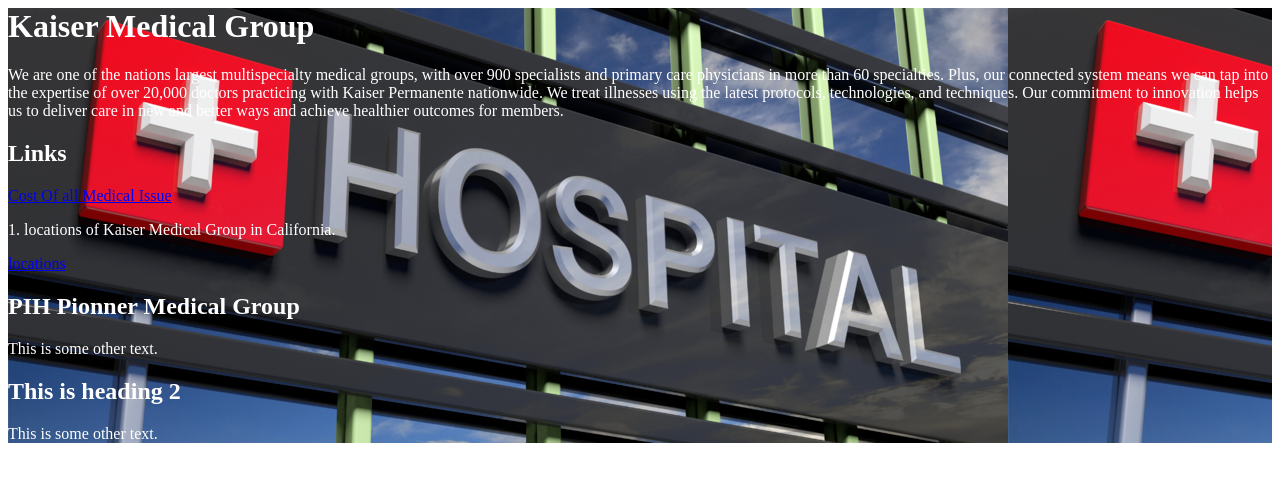
Repository: prathampatel1/pratham12.github.io
Page: choose your hosital/project.html
The author's editor kept a record of every edit. The page is drawn from the files as they stood at one moment, then again after the next edit.
The browser window is 1280 px wide. The pictures show the whole page.

Above is the page before.

### choose your hosital/project.html
<html>
<body>

<div style="background-image: url('Hospital.png');">
<p><font color="white">

<h1>Kaiser Medical Group </h1>
<p>We are one of the nations largest multispecialty medical groups, with over 900 specialists and primary care physicians in more than 60 specialties. Plus, our connected system means we can tap into the expertise of over 20,000 doctors practicing with Kaiser Permanente nationwide.

We treat illnesses using the latest protocols, technologies, and techniques. Our commitment to innovation helps us to deliver care in new and better ways and achieve healthier outcomes for members.</p>

<h2>Links</h2>
<a href="http://info.kaiserpermanente.org/info_assets/estimating_your_cost/PDFs/61207508_NCAL-Sample-Fee-List_MER_NCAL_2019.pdf">Cost Of all Medical Issue</a>

<p>1. locations of Kaiser Medical Group in California.</p>

<a href="https://www.googleadservices.com/pagead/aclk?sa=L&ai=DChcSEwiAo72967HnAhXvIK0GHeu-D2EYABAAGgJwdg&ohost=www.google.com&cid=CAESQeD2OwkihHYhRw0Z5l04Kv4UJwVgqoaftP2hRQR7uTtUZuua_DeUDnX0gB_ZAQVpNmRJcGkN4_vdYQ_jewTh-rAT&sig=AOD64_3ULVQ5SdmEvkaGzvKletMH38NXNw&q=&ved=2ahUKEwjt-7K967HnAhVYo54KHXsJC44Q0Qx6BAgREAE&adurl=" target="_blank">locations</a>

<h2>PIH Pionner Medical Group</h2>
<p>This is some other text.</p>


<h2>This is heading 2</h2>


<p>This is some other text.</p>


</div>

</font></p>

</body>
</html>

After the next edit:
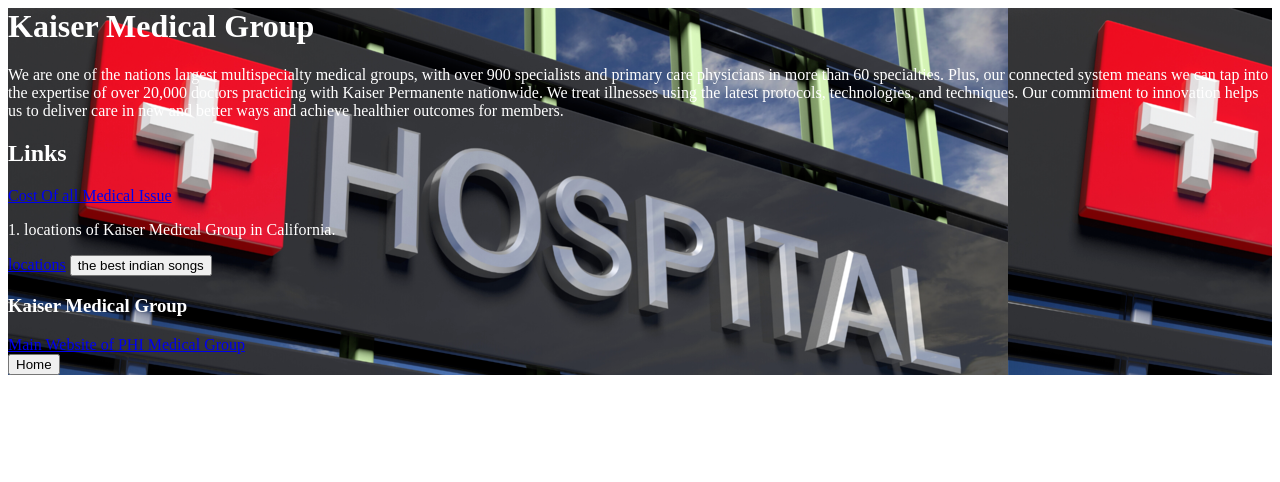
The edit:
--- a/choose your hosital/project.html
+++ b/choose your hosital/project.html
@@ -16,14 +16,20 @@
 
 <a href="https://www.googleadservices.com/pagead/aclk?sa=L&ai=DChcSEwiAo72967HnAhXvIK0GHeu-D2EYABAAGgJwdg&ohost=www.google.com&cid=CAESQeD2OwkihHYhRw0Z5l04Kv4UJwVgqoaftP2hRQR7uTtUZuua_DeUDnX0gB_ZAQVpNmRJcGkN4_vdYQ_jewTh-rAT&sig=AOD64_3ULVQ5SdmEvkaGzvKletMH38NXNw&q=&ved=2ahUKEwjt-7K967HnAhVYo54KHXsJC44Q0Qx6BAgREAE&adurl=" target="_blank">locations</a>
 
-<h2>PIH Pionner Medical Group</h2>
-<p>This is some other text.</p>
+
+<button onclick="window.location.href = 'https://www.youtube.com/watch?v=FxE1p2IlgIg';">the best indian songs </button>
+
+<h3>Kaiser Medical Group </h3>
+<p></p>
+
+<a href="https://www.pihhealth.org/" target="_blank">Main Website of PHI Medical Group</a>
 
 
-<h2>This is heading 2</h2>
 
+<form action = "login.html" mthod = "get">
+    <button type = "submit">Home</button>
+</form>
 
-<p>This is some other text.</p>
 
 
 </div>
